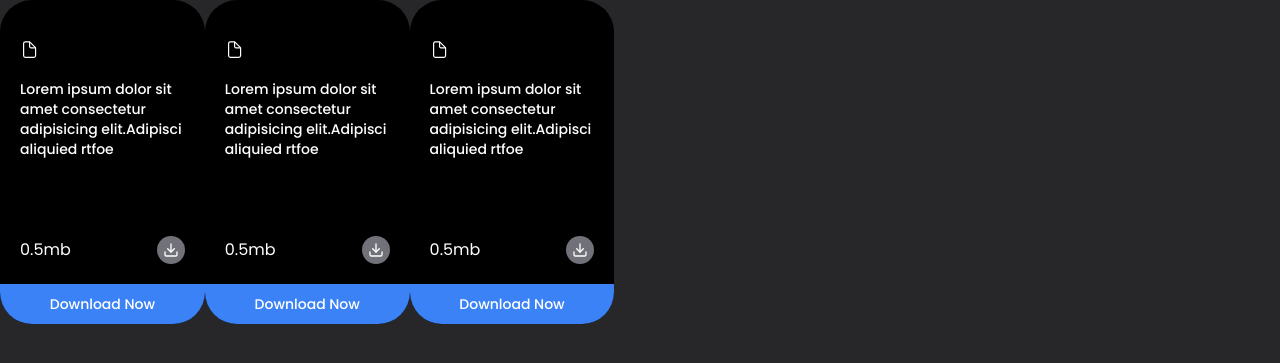
Repository: SharonSebastian32/dragable_cards
Page: /
An editor plug-in stored every save of this project. The page is shown before and after a run of saves, followed by the edit.
The browser window is 1280 px wide. The pictures show the whole page.
Some web fonts or font styles are not loaded; a fallback is used. The project was rebuilt for these pictures with package versions that can differ from the ones it lists, and the page was loaded fresh each time. Also part of the build but not shown: vite.config.js.

Above is the page before, as saved 2024-08-21 11:14:39.

After the next 2 saves:
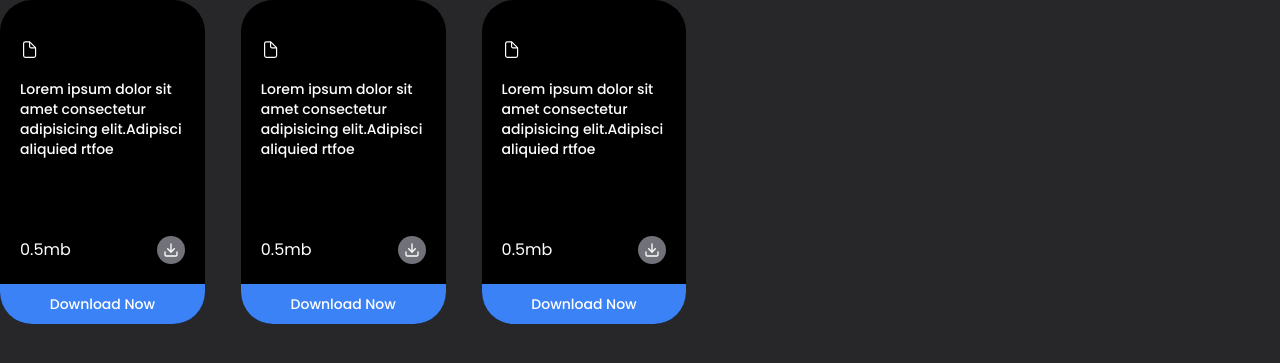
The 2 saves are shown as one change because they came seconds apart.
The last was saved 5 s later.
--- a/src/Components/Foreground.jsx
+++ b/src/Components/Foreground.jsx
@@ -37,7 +37,7 @@ const Foreground = () => {
     },
   ];
   return (
-    <div className="w-full h-full fixed top-0 left-0 z-[3] flex gap-">
+    <div className="w-full h-full fixed top-0 left-0 z-[3] flex gap-9 fl">
       {data.map((item, index) => (
         <Card data={item} />
       ))}
